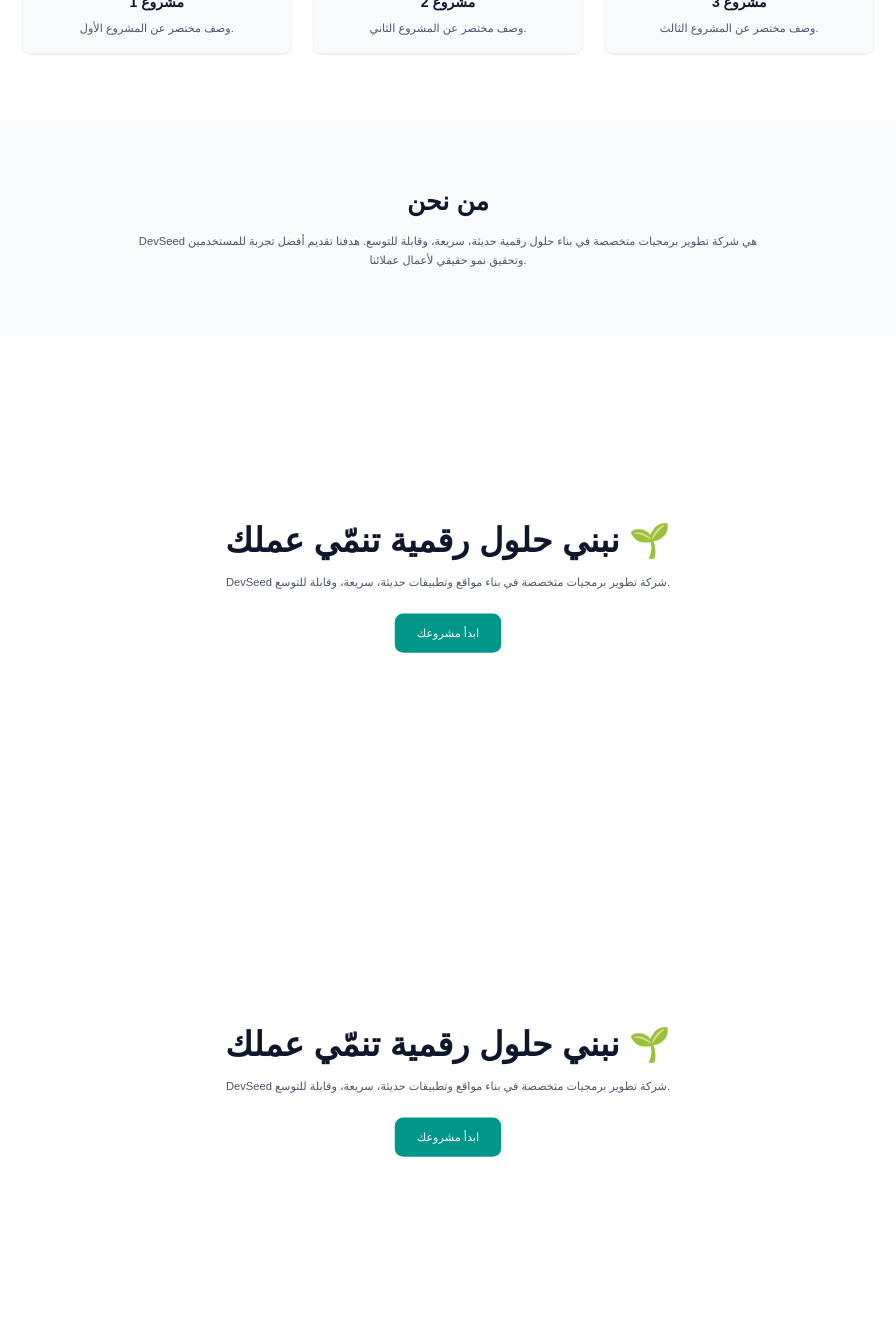
Repository: Ah-m-ed-Dev/devseed
Page: /
These files come from the project's save history. The page is drawn as it stood at one moment and after the next save; the edit follows.
The browser window is 1280 px wide. The pictures show the part of the page from y = 1332 to 3252 px (the page is 3252 px tall before and 3138 px after), at 70% of full size.
The project was rebuilt for these pictures with package versions that can differ from the ones it lists, and the page was loaded fresh each time. The framework's server and built-in components were replaced by stand-ins that run in the browser. Also part of the build but not shown: next.config.mjs.

Above is the page before, as saved 2026-01-14 14:56:27.

### app/layout.js
import "./globals.css";
import Navbar from "@/components/layout/navbar";
import Footer from "@/components/layout/footer";

export const metadata = {
  title: "DevSeed",
  description: "We build scalable digital products",
};

export default function RootLayout({ children }) {
  return (
    <html lang="ar">
      <body className="bg-white text-slate-900">
        <Navbar />
        {children}
        <Footer />
      </body>
    </html>
  );
}

### app/page.js
import Hero from "@/sections/hero";
import Services from "@/sections/services";
import Projects from "@/sections/projects";
import About from "@/sections/about";
import Contact from "@/sections/contact";

export default function Home() {
  return (
    <main className="scroll-smooth">
      <Hero />
      <Services />
      <Projects />
      <About />
      <Contact />
    </main>
  );
}

### app/globals.css
@import "tailwindcss";

/* ----- ألوان الموقع ----- */
:root {
  --background: #ffffff;      /* خلفية فاتحة */
  --foreground: #0f172a;      /* نص داكن */
  --primary: #0f766e;         /* أخضر داكن */
  --secondary: #5eead4;       /* أخضر فاتح */
  --font-sans: 'Cairo', sans-serif; /* الخط العربي */
}

/* دعم الوضع الداكن */
@media (prefers-color-scheme: dark) {
  :root {
    --background: #0f172a;    /* خلفية داكنة */
    --foreground: #ffffff;    /* نص فاتح */
    --primary: #5eead4;       /* أخضر فاتح للداكن */
  }
}

/* تطبيق الخط والألوان على الجسم */
body {
  background: var(--background);
  color: var(--foreground);
  font-family: var(--font-sans);
}

/* سكرول ناعم */
html {
  scroll-behavior: smooth;
}

### components/layout/navbar.js
export default function Navbar() {
  return (
    <header className="fixed top-0 w-full bg-white z-50 shadow-sm">
      <nav className="max-w-7xl mx-auto flex justify-between items-center px-8 py-4">
        <span className="text-2xl font-bold text-teal-600">
          DevSeed 🌱
        </span>

        <div className="flex gap-6 text-sm font-medium">
          <a href="#services">خدماتنا</a>
          <a href="#projects">مشاريعنا</a>
          <a href="#about">من نحن</a>
          <a href="#contact">تواصل معنا</a>
        </div>
      </nav>
    </header>
  );
}

### components/layout/footer.js
export default function Hero() {
  return (
    <section className="min-h-screen flex items-center justify-center px-8">
      <div className="text-center max-w-3xl">
        <h1 className="text-5xl font-bold mb-6">
          نبني حلول رقمية تنمّي عملك 🌱
        </h1>

        <p className="text-gray-600 mb-8">
          DevSeed شركة تطوير برمجيات متخصصة في بناء مواقع وتطبيقات حديثة،
          سريعة، وقابلة للتوسع.
        </p>

        <a
          href="#contact"
          className="inline-block bg-teal-600 text-white px-8 py-4 rounded-xl font-medium hover:bg-teal-700 transition"
        >
          ابدأ مشروعك
        </a>
      </div>
    </section>
  );
}

### sections/hero.js
export default function Hero() {
  return (
    <section className="min-h-screen flex items-center justify-center px-8">
      <div className="text-center max-w-3xl">
        <h1 className="text-5xl font-bold mb-6">
          نبني حلول رقمية تنمّي عملك 🌱
        </h1>

        <p className="text-gray-600 mb-8">
          DevSeed شركة تطوير برمجيات متخصصة في بناء مواقع وتطبيقات حديثة،
          سريعة، وقابلة للتوسع.
        </p>

        <a
          href="#contact"
          className="inline-block bg-teal-600 text-white px-8 py-4 rounded-xl font-medium hover:bg-teal-700 transition"
        >
          ابدأ مشروعك
        </a>
      </div>
    </section>
  );
}

### sections/services.js
export default function Services() {
  return (
    <section id="services" className="py-24 px-8 bg-gray-50">
      <div className="max-w-7xl mx-auto">
        <h2 className="text-4xl font-bold mb-12 text-center">
          خدماتنا
        </h2>

        <div className="grid md:grid-cols-3 gap-8">
          <div className="p-6 bg-white rounded-2xl shadow">
            <h3 className="text-xl font-semibold mb-3">تطوير المواقع</h3>
            <p className="text-gray-600">
              بناء مواقع حديثة باستخدام أحدث التقنيات.
            </p>
          </div>

          <div className="p-6 bg-white rounded-2xl shadow">
            <h3 className="text-xl font-semibold mb-3">تصميم واجهات</h3>
            <p className="text-gray-600">
              تصميم واجهات أنيقة وتجربة مستخدم ممتازة.
            </p>
          </div>

          <div className="p-6 bg-white rounded-2xl shadow">
            <h3 className="text-xl font-semibold mb-3">تطبيقات الويب</h3>
            <p className="text-gray-600">
              تطبيقات قابلة للتوسع وآمنة للأعمال.
            </p>
          </div>
        </div>
      </div>
    </section>
  );
}

### sections/projects.js
export default function Projects() {
  return (
    <section id="projects" className="py-24 px-8 bg-white">
      <div className="max-w-7xl mx-auto text-center">
        <h2 className="text-4xl font-bold mb-12">مشاريعنا</h2>
        <div className="grid md:grid-cols-3 gap-8">
          <div className="p-6 bg-gray-50 rounded-xl shadow">
            <h3 className="text-xl font-semibold mb-3">مشروع 1</h3>
            <p className="text-gray-600">وصف مختصر عن المشروع الأول.</p>
          </div>
          <div className="p-6 bg-gray-50 rounded-xl shadow">
            <h3 className="text-xl font-semibold mb-3">مشروع 2</h3>
            <p className="text-gray-600">وصف مختصر عن المشروع الثاني.</p>
          </div>
          <div className="p-6 bg-gray-50 rounded-xl shadow">
            <h3 className="text-xl font-semibold mb-3">مشروع 3</h3>
            <p className="text-gray-600">وصف مختصر عن المشروع الثالث.</p>
          </div>
        </div>
      </div>
    </section>
  );
}

### sections/about.js
export default function About() {
  return (
    <section id="about" className="py-24 px-8 bg-gray-50">
      <div className="max-w-4xl mx-auto text-center">
        <h2 className="text-4xl font-bold mb-6">من نحن</h2>
        <p className="text-gray-600 leading-relaxed">
          DevSeed هي شركة تطوير برمجيات متخصصة في بناء حلول رقمية حديثة،
          سريعة، وقابلة للتوسع. هدفنا تقديم أفضل تجربة للمستخدمين وتحقيق نمو
          حقيقي لأعمال عملائنا.
        </p>
      </div>
    </section>
  );
}

### sections/contact.js
export default function Hero() {
  return (
    <section className="min-h-screen flex items-center justify-center px-8">
      <div className="text-center max-w-3xl">
        <h1 className="text-5xl font-bold mb-6">
          نبني حلول رقمية تنمّي عملك 🌱
        </h1>

        <p className="text-gray-600 mb-8">
          DevSeed شركة تطوير برمجيات متخصصة في بناء مواقع وتطبيقات حديثة،
          سريعة، وقابلة للتوسع.
        </p>

        <a
          href="#contact"
          className="inline-block bg-teal-600 text-white px-8 py-4 rounded-xl font-medium hover:bg-teal-700 transition"
        >
          ابدأ مشروعك
        </a>
      </div>
    </section>
  );
}

After the next save:
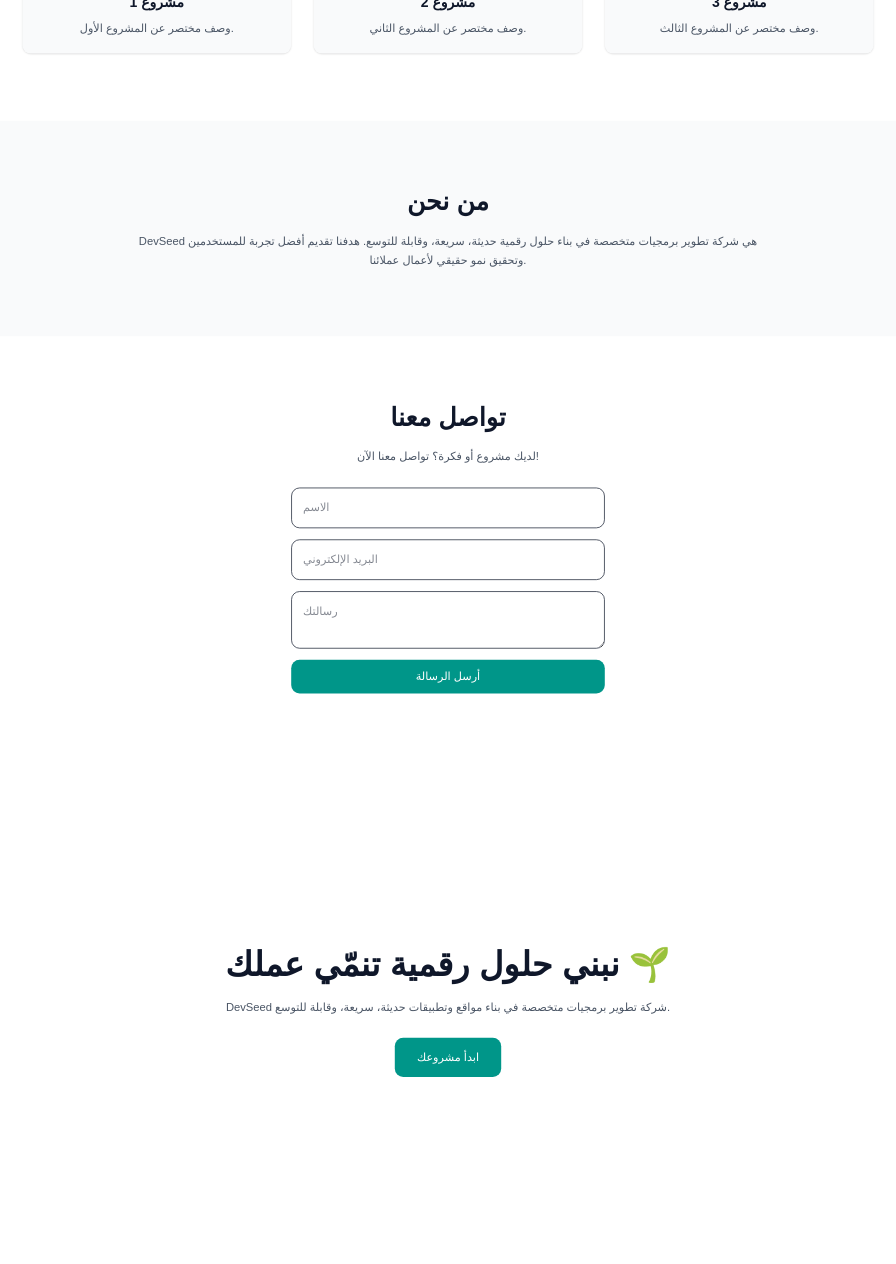
Saved 15 s later.
--- a/sections/contact.js
+++ b/sections/contact.js
@@ -1,22 +1,33 @@
-export default function Hero() {
+export default function Contact() {
   return (
-    <section className="min-h-screen flex items-center justify-center px-8">
-      <div className="text-center max-w-3xl">
-        <h1 className="text-5xl font-bold mb-6">
-          نبني حلول رقمية تنمّي عملك 🌱
-        </h1>
-
+    <section id="contact" className="py-24 px-8 bg-white">
+      <div className="max-w-4xl mx-auto text-center">
+        <h2 className="text-4xl font-bold mb-6">تواصل معنا</h2>
         <p className="text-gray-600 mb-8">
-          DevSeed شركة تطوير برمجيات متخصصة في بناء مواقع وتطبيقات حديثة،
-          سريعة، وقابلة للتوسع.
+          لديك مشروع أو فكرة؟ تواصل معنا الآن!
         </p>
-
-        <a
-          href="#contact"
-          className="inline-block bg-teal-600 text-white px-8 py-4 rounded-xl font-medium hover:bg-teal-700 transition"
-        >
-          ابدأ مشروعك
-        </a>
+        <form className="grid gap-4 max-w-md mx-auto">
+          <input
+            type="text"
+            placeholder="الاسم"
+            className="p-4 border rounded-xl focus:outline-none focus:ring-2 focus:ring-teal-600"
+          />
+          <input
+            type="email"
+            placeholder="البريد الإلكتروني"
+            className="p-4 border rounded-xl focus:outline-none focus:ring-2 focus:ring-teal-600"
+          />
+          <textarea
+            placeholder="رسالتك"
+            className="p-4 border rounded-xl focus:outline-none focus:ring-2 focus:ring-teal-600"
+          />
+          <button
+            type="submit"
+            className="bg-teal-600 text-white px-6 py-3 rounded-xl font-medium hover:bg-teal-700 transition"
+          >
+            أرسل الرسالة
+          </button>
+        </form>
       </div>
     </section>
   );
